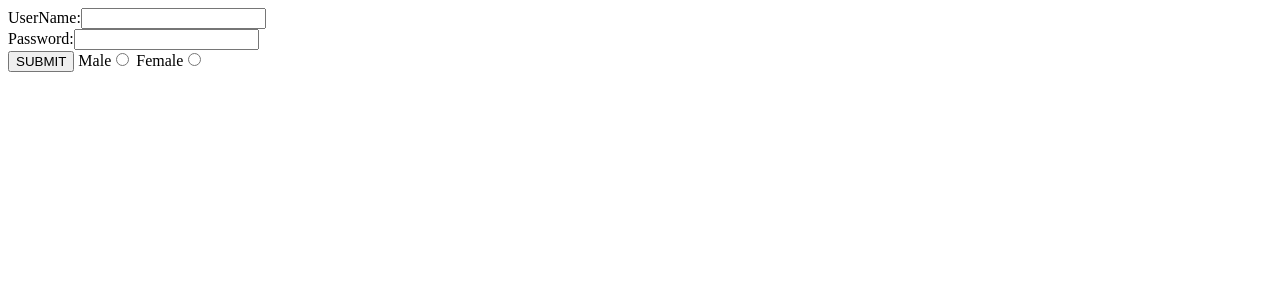
Repository: Abhishek1923/JAVA
Page: Java Concepts/JEE/Test02/WebContent/login.html
The author's editor kept a copy of each file at every save. The page is drawn from the files as they stood at one save, then again after the next save.
The browser window is 1280 px wide. The pictures show the whole page.

Above is the page before, as saved 2020-02-28 08:44:15.

After the next save:
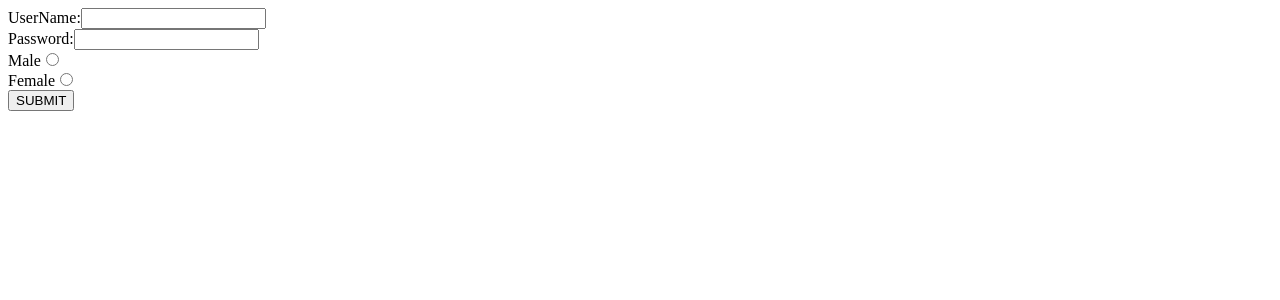
Saved 49 s later.
--- a/Java Concepts/JEE/Test02/WebContent/login.html
+++ b/Java Concepts/JEE/Test02/WebContent/login.html
@@ -1,8 +1,8 @@
 <form action="test01">
 	UserName:<input type="text" name="username"/><br>
 	Password:<input type="text" name="password"/><br>
+	Male<input type="radio" name="gender" value="male"> <br>
+	Female<input type="radio" name="gender" value="female"><br>
 	<input type="submit" value="SUBMIT"/>
-	Male<input type="radio" name="gender" value="male">
-	Female<input type="radio" name="gender" value="female">
 
 </form>
